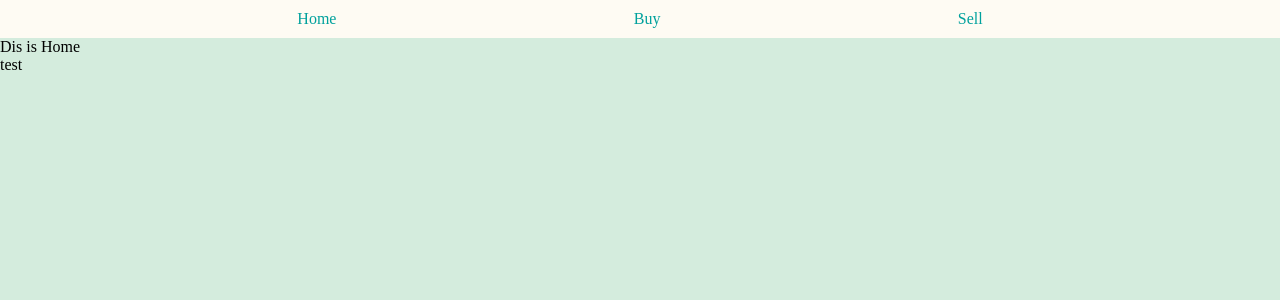
Repository: RiteshK555/itw-project
Page: http://localhost/
An editor plug-in stored every save of this project. The page is shown before and after the next save, followed by the edit.
The browser window is 1280 px wide. The pictures show the whole page.
The page is served by the project's application, run on Django 3.2 (student_olx/manage.py).

Above is the page before, as saved 2021-09-16 23:04:14.

After the next save:
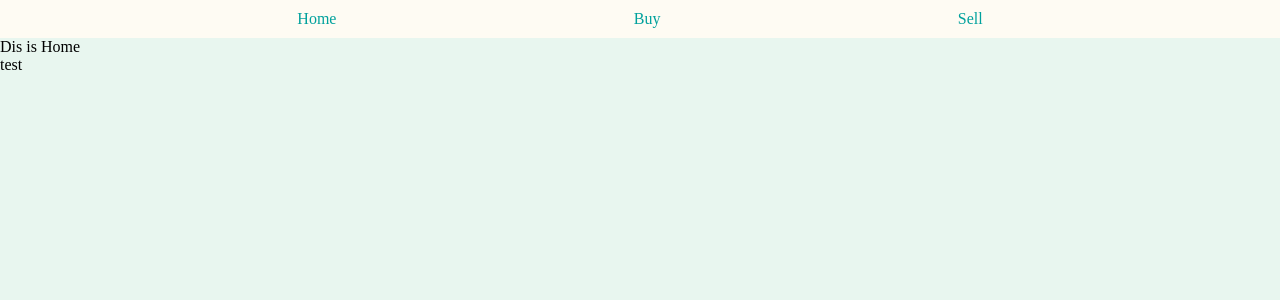
Saved 35 s later.
--- a/student_olx/main/static/main/style.css
+++ b/student_olx/main/static/main/style.css
@@ -14,5 +14,5 @@ a{
 }
 body{
     margin:0;
-    background-color:#D4ECDD;
+    background-color:#E8F6EF;
 }
